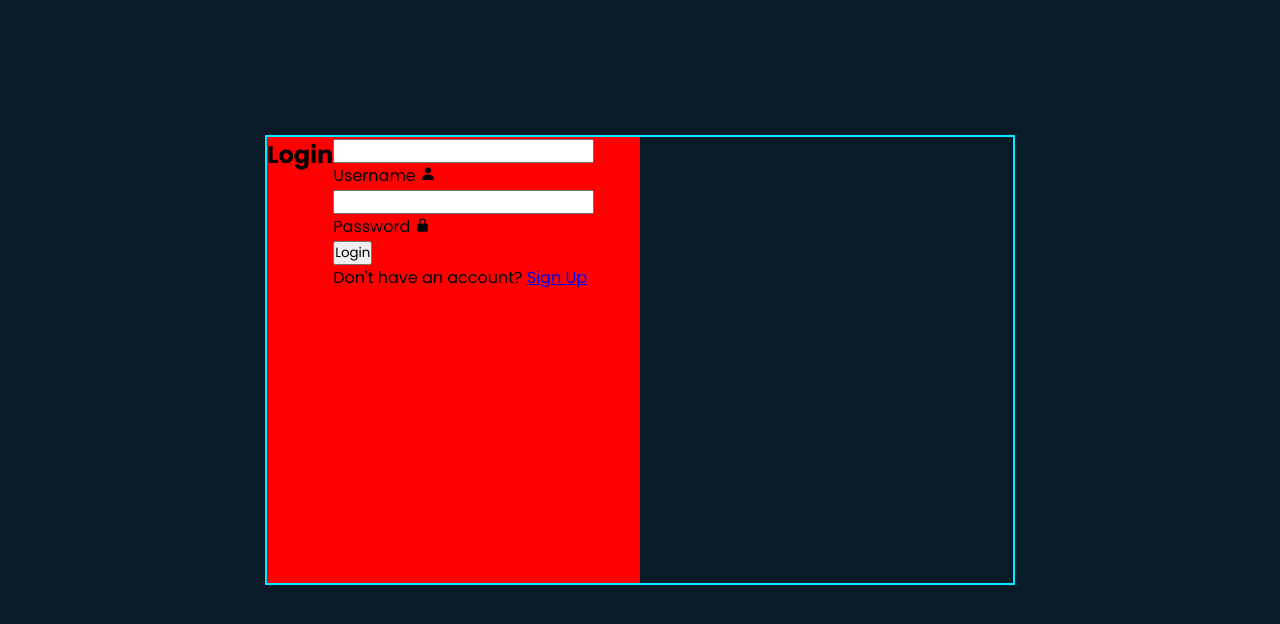
Repository: swastikjhacoder/Login-Registration-HTML
Page: index.html
These files come from the project's save history. The page is drawn as it stood at one moment and after a run of saves; the edit follows.
The browser window is 1280 px wide. The pictures show the whole page.

Above is the page before, as saved 2023-09-18 14:25:57.
Not found: js/toastify.js

After the next 5 saves:
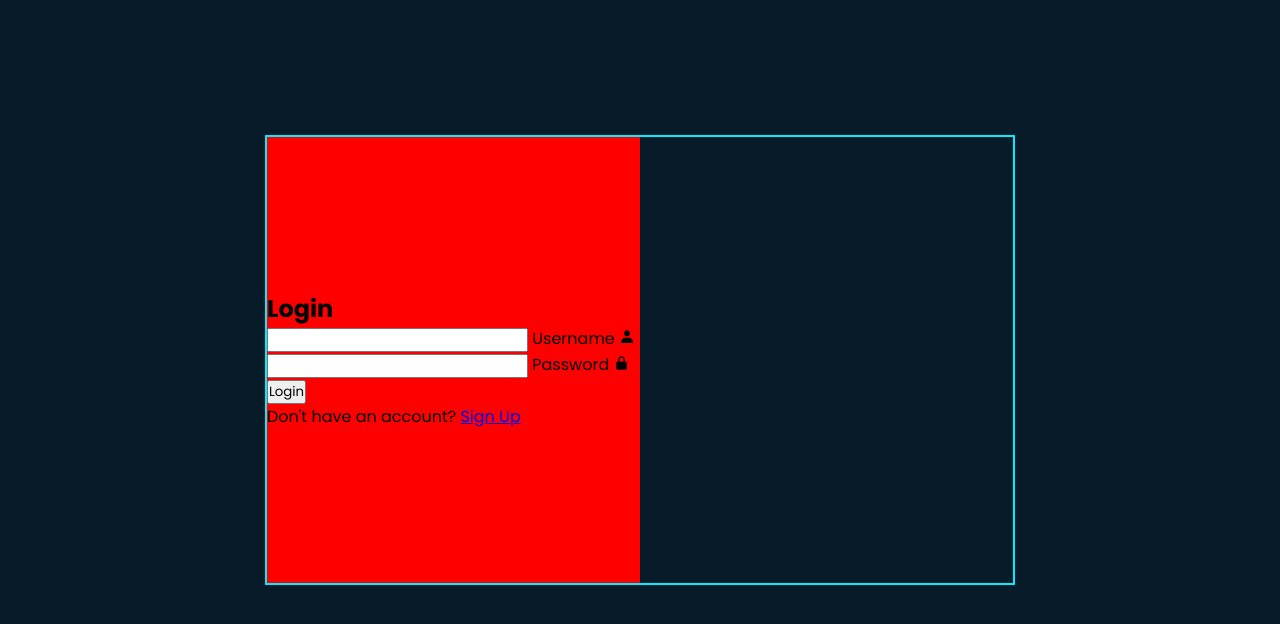
The 5 saves are shown as one change because they came seconds apart.
The last was saved 15 s later.
--- a/style.css
+++ b/style.css
@@ -30,5 +30,6 @@ body {
     height: 100%;
     background: red;
     display: flex;
-
+    flex-direction: column;
+    justify-content: center;
 }
